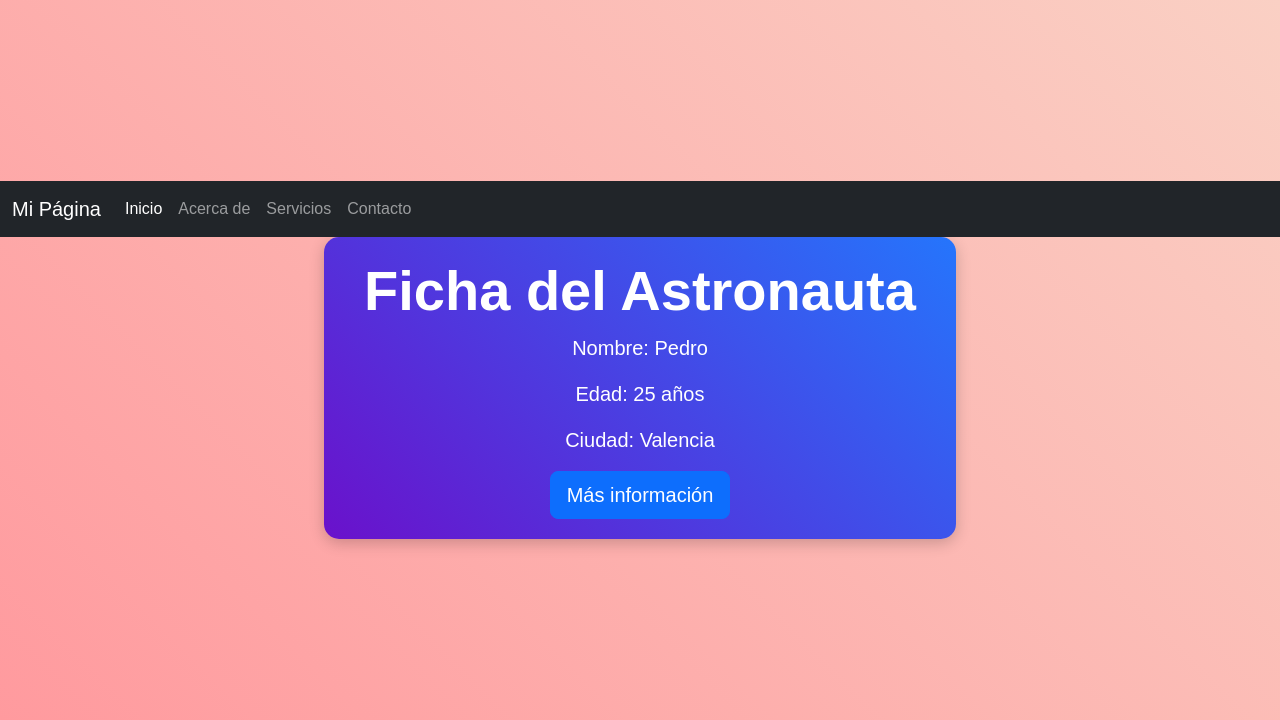
Repository: cristiananes/DWES_2
Page: http://localhost/index
The author's editor kept a copy of each file at every save. The page is drawn from the files as they stood at one save, then again after the next save.
The browser window is 1280 px wide. The pictures show the whole page.
The page is this project's Thymeleaf template; nobody is signed in. The template is opened directly, without the code that normally fills it, so the values that code supplies are empty.

Above is the page before, as saved 2025-01-13 08:43:55.

### cristianag47_ev2_01_AstronautasAula8/src/main/resources/templates/index.html
<!DOCTYPE html>
<html lang="es">
<head>
    <meta charset="UTF-8">
    <meta name="viewport" content="width=device-width, initial-scale=1.0">
    <title>Ficha del Astronauta</title>
    <!-- Enlace a Bootstrap -->
    <link href="https://cdn.jsdelivr.net/npm/bootstrap@5.3.0/dist/css/bootstrap.min.css" rel="stylesheet">
    <!-- Estilo adicional para hacerlo más llamativo -->
    <style>
        body {
            background: linear-gradient(45deg, #ff9a9e, #fad0c4);
            min-height: 100vh;
            display: flex;
            flex-direction: column;
            justify-content: center;
            align-items: center;
            font-family: 'Arial', sans-serif;
        }
        .ficha-astronauta {
            color: white;
            background: linear-gradient(45deg, #6a11cb, #2575fc);
            padding: 20px 40px;
            border-radius: 15px;
            box-shadow: 0 4px 15px rgba(0, 0, 0, 0.2);
            text-align: center;
            animation: zoomIn 1s;
        }
        @keyframes zoomIn {
            0% { transform: scale(0.5); opacity: 0; }
            100% { transform: scale(1); opacity: 1; }
        }
    </style>
</head>
<body>
    <!-- Menú de navegación -->
    <nav class="navbar navbar-expand-lg navbar-dark bg-dark w-100">
        <div class="container-fluid">
            <a class="navbar-brand" href="#">Mi Página</a>
            <button class="navbar-toggler" type="button" data-bs-toggle="collapse" data-bs-target="#navbarNav" aria-controls="navbarNav" aria-expanded="false" aria-label="Toggle navigation">
                <span class="navbar-toggler-icon"></span>
            </button>
            <div class="collapse navbar-collapse" id="navbarNav">
                <ul class="navbar-nav">
                    <li class="nav-item">
                        <a class="nav-link active" aria-current="page" href="#">Inicio</a>
                    </li>
                    <li class="nav-item">
                        <a class="nav-link" href="#">Acerca de</a>
                    </li>
                    <li class="nav-item">
                        <a class="nav-link" href="#">Servicios</a>
                    </li>
                    <li class="nav-item">
                        <a class="nav-link" href="#">Contacto</a>
                    </li>
                </ul>
            </div>
        </div>
    </nav>

    <div class="ficha-astronauta">
        <h1 class="display-4 fw-bold">Ficha del Astronauta</h1>
        <p class="lead">Nombre: <strong>Pedro</strong></p>
        <p class="lead">Edad: <strong>25 años</strong></p>
        <p class="lead">Ciudad: <strong>Valencia</strong></p>
        <button class="btn btn-primary btn-lg">Más información</button>
    </div>

    <!-- Bootstrap JS (opcional para interactividad) -->
    <script src="https://cdn.jsdelivr.net/npm/bootstrap@5.3.0/dist/js/bootstrap.bundle.min.js"></script>
</body>
</html>

After the next save:
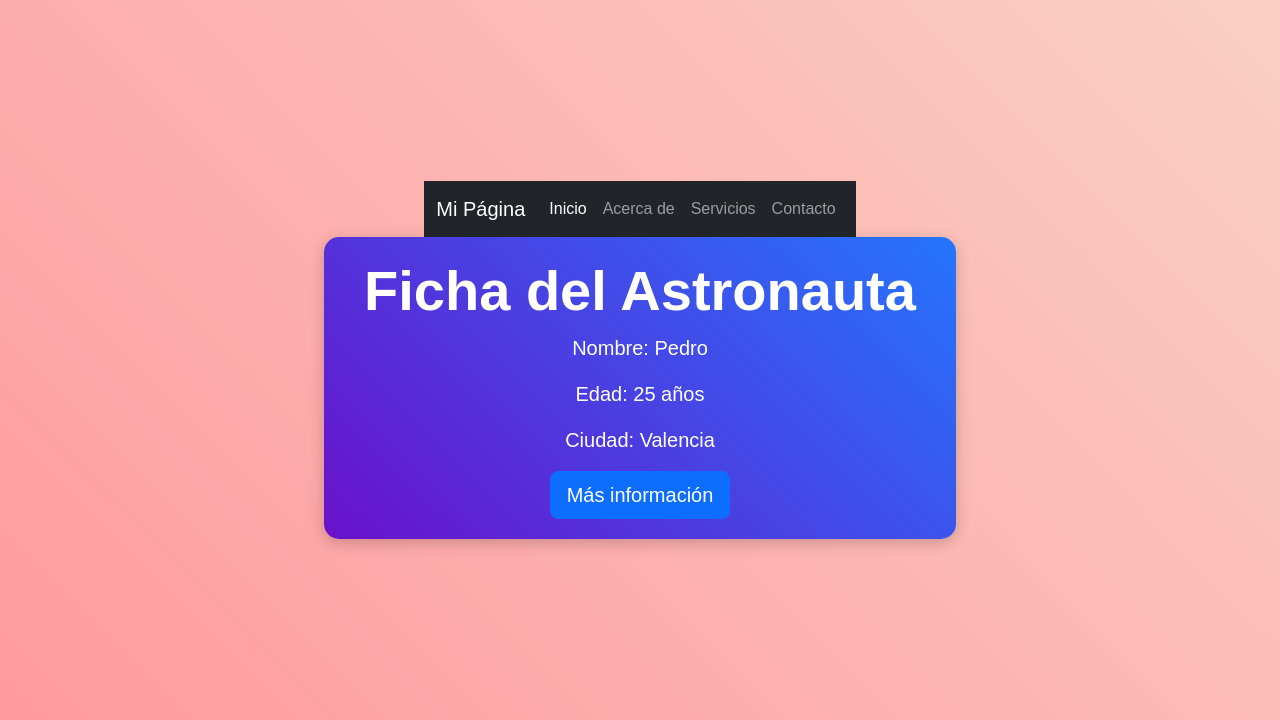
Saved 78 s later.
--- a/cristianag47_ev2_01_AstronautasAula8/src/main/resources/templates/index.html
+++ b/cristianag47_ev2_01_AstronautasAula8/src/main/resources/templates/index.html
@@ -32,8 +32,8 @@
         }
     </style>
 </head>
-<body>
-    <!-- Menú de navegación -->
+<header>
+	<!-- Menú de navegación -->
     <nav class="navbar navbar-expand-lg navbar-dark bg-dark w-100">
         <div class="container-fluid">
             <a class="navbar-brand" href="#">Mi Página</a>
@@ -58,6 +58,9 @@
             </div>
         </div>
     </nav>
+</header>
+<body>
+
 
     <div class="ficha-astronauta">
         <h1 class="display-4 fw-bold">Ficha del Astronauta</h1>
